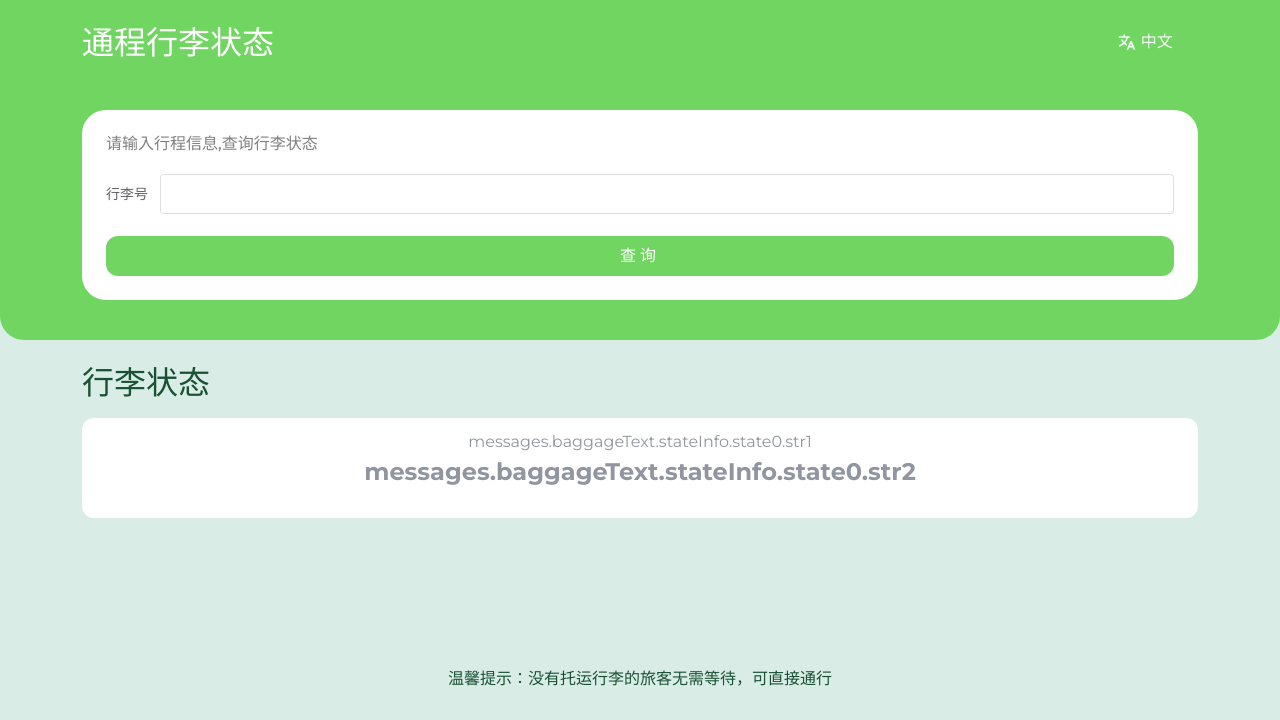
Repository: jhonMacTavish/through-baggage-web
Page: /
The author's editor kept a copy of each file at every save. The page is drawn from the files as they stood at one save, then again after the next save.
The browser window is 1280 px wide. The pictures show the whole page.
The project was rebuilt for these pictures with package versions that can differ from the ones it lists, and the page was loaded fresh each time. Also part of the build but not shown: vite.config.js, src/components/Main copy.vue, src/components/Main.vue, src/components/NavBar.vue, src/components/Scanner.vue, src/views/Scanner.vue. Imported but missing from the stored project, and not drawn on this page: src/assets/icons/GlobeIcon.vue, src/assets/icons/LogoIcon.vue, src/assets/icons/ProfileIcon.vue, src/assets/icons/QuestionIcon.vue.

Above is the page before, as saved 2025-02-25 21:31:59.

After the next save:
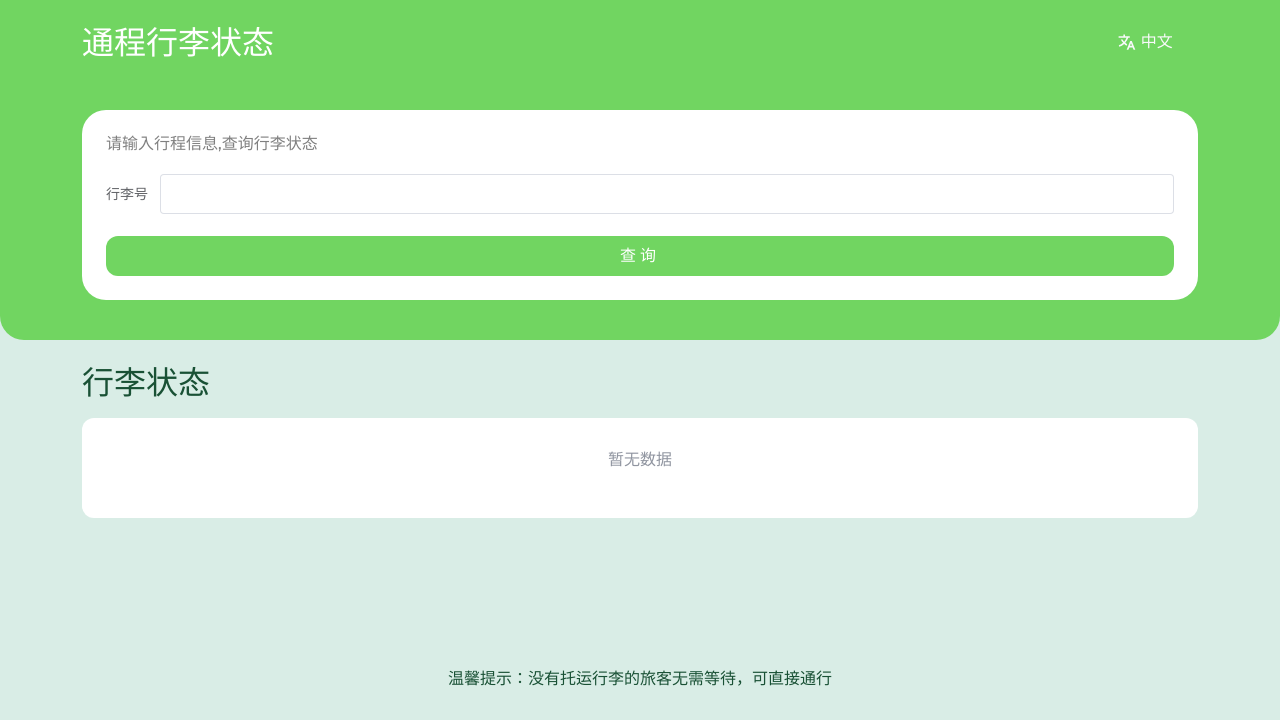
Saved 4 min 24 s later.
--- a/src/views/Home.vue
+++ b/src/views/Home.vue
@@ -2,7 +2,7 @@
  * @Author: error: error: git config user.name & please set dead value or install git && error: git config user.email & please set dead value or install git & please set dead value or install git
  * @Date: 2025-02-23 20:06:20
  * @LastEditors: john_mactavish 981192661@qq.com
- * @LastEditTime: 2025-02-25 21:31:59
+ * @LastEditTime: 2025-02-25 21:36:22
  * @FilePath: \through_baggage_webt:\Projects\VS Code\vue-bootstrap-master\src\components\Main.vue
  * @Description: 这是默认设置,请设置`customMade`, 打开koroFileHeader查看配置 进行设置: https://github.com/OBKoro1/koro1FileHeader/wiki/%E9%85%8D%E7%BD%AE
 -->
@@ -125,8 +125,8 @@
       </h6>
       <div class="info-content p-4 d-flex justify-content-center align-items-center">
         <p class="text-center">
-          {{ $t("messages.baggageText.stateInfo.state0.str1") }}<br /><span class="attention">{{
-            $t("messages.baggageText.stateInfo.state0.str2") }}</span>
+          {{ $t(`messages.baggageText.stateInfo.${bagStat}.str1`) }}<br /><span class="attention">{{
+            $t(`messages.baggageText.stateInfo.${bagStat}.str2`) }}</span>
         </p>
       </div>
     </div>
